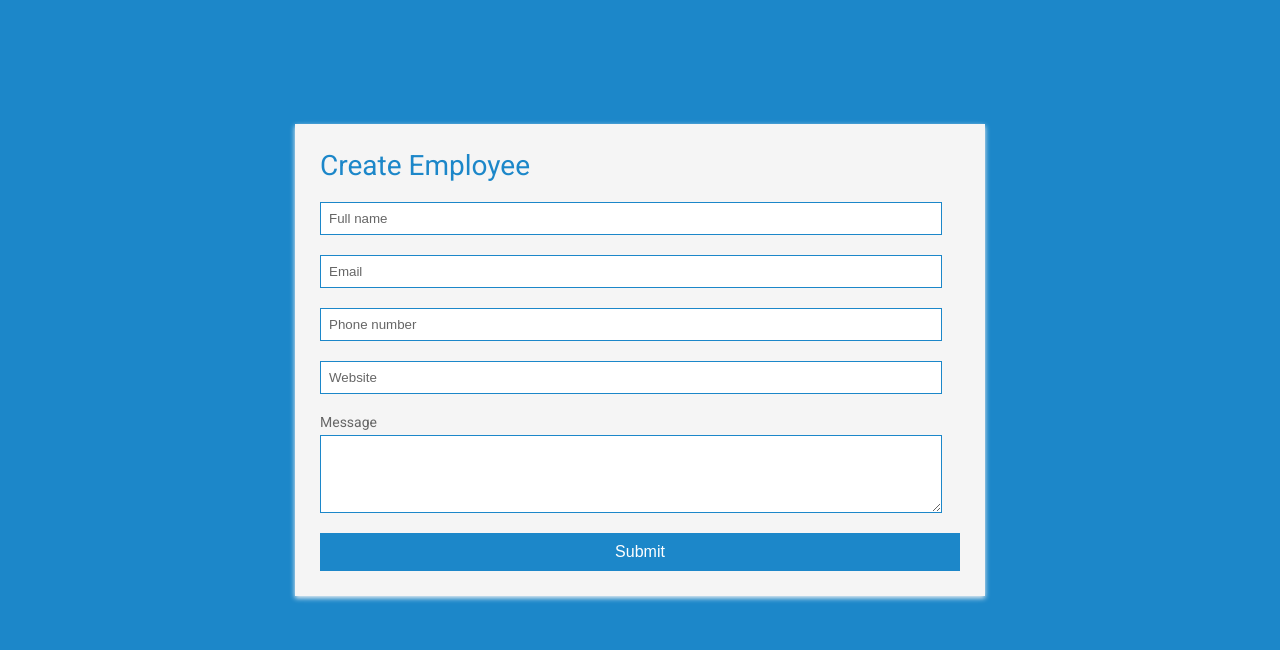
Repository: Meghanareddy1098/employee1
Page: http://localhost/employee-webApp/
An editor plug-in stored every save of this project. The page is shown before and after the next save, followed by the edit.
The browser window is 1280 px wide. The pictures show the whole page.
Some web libraries are served in a nearby version. The page is served by Tomcat 10. Other server files are loaded and not shown.

Above is the page before, as saved 2022-05-29 10:22:42.

### employee-webApp/src/main/webapp/index.jsp
<html>
  <head>
    <title>Contact form</title>
    <link rel="stylesheet" href="https://use.fontawesome.com/releases/v5.4.1/css/all.css" integrity="sha384-5sAR7xN1Nv6T6+dT2mhtzEpVJvfS3NScPQTrOxhwjIuvcA67KV2R5Jz6kr4abQsz" crossorigin="anonymous">
    <link href="https://fonts.googleapis.com/css?family=Roboto:300,400,500,700" rel="stylesheet">
    <style>
      html, body {
      min-height: 100%;
      padding: 0;
      margin: 0;
      font-family: Roboto, Arial, sans-serif;
      font-size: 14px;
      color: #666;
      }
      h1 {
      margin: 0 0 20px;
      font-weight: 400;
      color: #1c87c9;
      }
      p {
      margin: 0 0 5px;
      }
      .main-block {
      display: flex;
      flex-direction: column;
      justify-content: center;
      align-items: center;
      min-height: 100vh;
      background: #1c87c9;
      }
      form {
      padding: 25px;
      margin: 25px;
      box-shadow: 0 2px 5px #f5f5f5;
      background: #f5f5f5;
      }
      .fas {
      margin: 25px 10px 0;
      font-size: 72px;
      color: #fff;
      }
      .fa-envelope {
      transform: rotate(-20deg);
      }
      .fa-at , .fa-mail-bulk{
      transform: rotate(10deg);
      }
      input, textarea {
      width: calc(100% - 18px);
      padding: 8px;
      margin-bottom: 20px;
      border: 1px solid #1c87c9;
      outline: none;
      }
      input::placeholder {
      color: #666;
      }
      button {
      width: 100%;
      padding: 10px;
      border: none;
      background: #1c87c9;
      font-size: 16px;
      font-weight: 400;
      color: #fff;
      }
      button:hover {
      background: #2371a0;
      }
      @media (min-width: 568px) {
      .main-block {
      flex-direction: row;
      }
      .left-part, form {
      width: 50%;
      }
      .fa-envelope {
      margin-top: 0;
      margin-left: 20%;
      }
      .fa-at {
      margin-top: -10%;
      margin-left: 65%;
      }
      .fa-mail-bulk {
      margin-top: 2%;
      margin-left: 28%;
      }
      }
    </style>
  </head>
  <body>
    <div class="main-block">


      <form action="/">
        <h1>Create Employee</h1>
        <div class="info">
          <input class="fname" type="text" name="name" placeholder="Full name">
          <input type="text" name="name" placeholder="Email">
          <input type="text" name="name" placeholder="Phone number">
          <input type="text" name="name" placeholder="Website">
        </div>
        <p>Message</p>
        <div>
          <textarea rows="4"></textarea>
        </div>
        <button type="submit" href="/">Submit</button>
      </form>
    </div>
  </body>
</html>

After the next save:
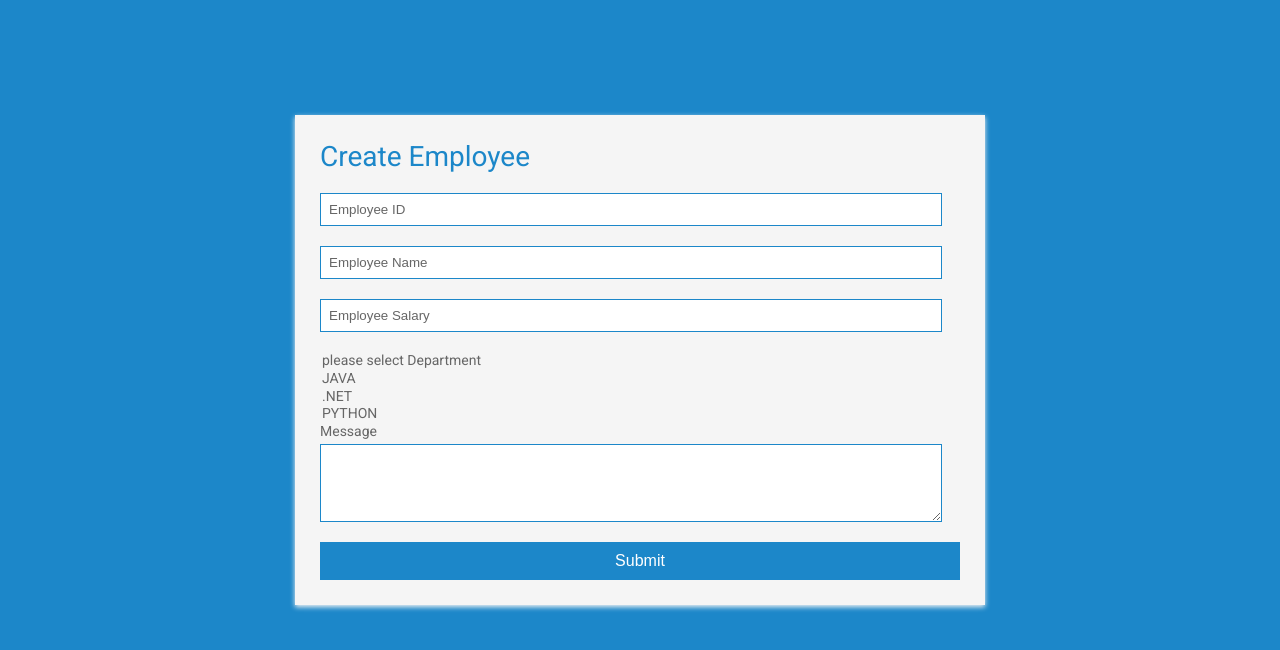
Saved 8 min 47 s later.
--- a/employee-webApp/src/main/webapp/index.jsp
+++ b/employee-webApp/src/main/webapp/index.jsp
@@ -96,10 +96,16 @@
       <form action="/">
         <h1>Create Employee</h1>
         <div class="info">
-          <input class="fname" type="text" name="name" placeholder="Full name">
-          <input type="text" name="name" placeholder="Email">
-          <input type="text" name="name" placeholder="Phone number">
-          <input type="text" name="name" placeholder="Website">
+          <input class="fname" type="text" name="empId" placeholder="Employee ID">
+          <input type="text" name="empName" placeholder="Employee Name">
+          <input type="number" name="empSal" placeholder="Employee Salary">
+          <selectionname="empDept">
+          <Option>please select Department</Option>
+          <Option>JAVA</Option>
+          <Option>.NET</Option>
+          <Option>PYTHON</Option>
+          </section>
+
         </div>
         <p>Message</p>
         <div>
